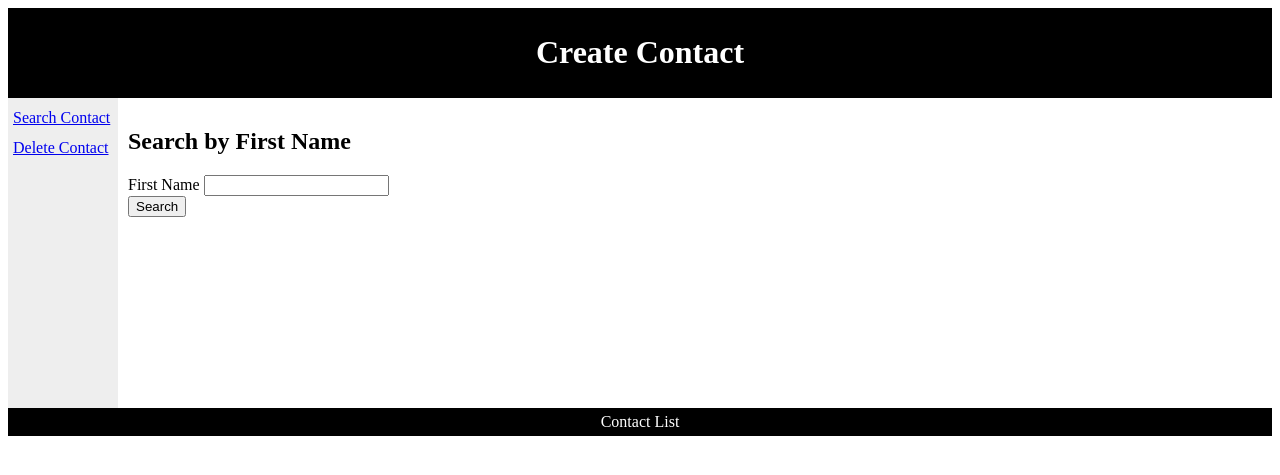
Repository: briantran140/intro-to-software-engineering-tech-exercise
Page: techExercise-tran/src/main/webapp/search_tran.html
The author's editor kept a copy of each file at every save. The page is drawn from the files as they stood at one save, then again after the next save.
The browser window is 1280 px wide. The pictures show the whole page.

Above is the page before, as saved 2023-10-13 04:19:10.

After the next save:
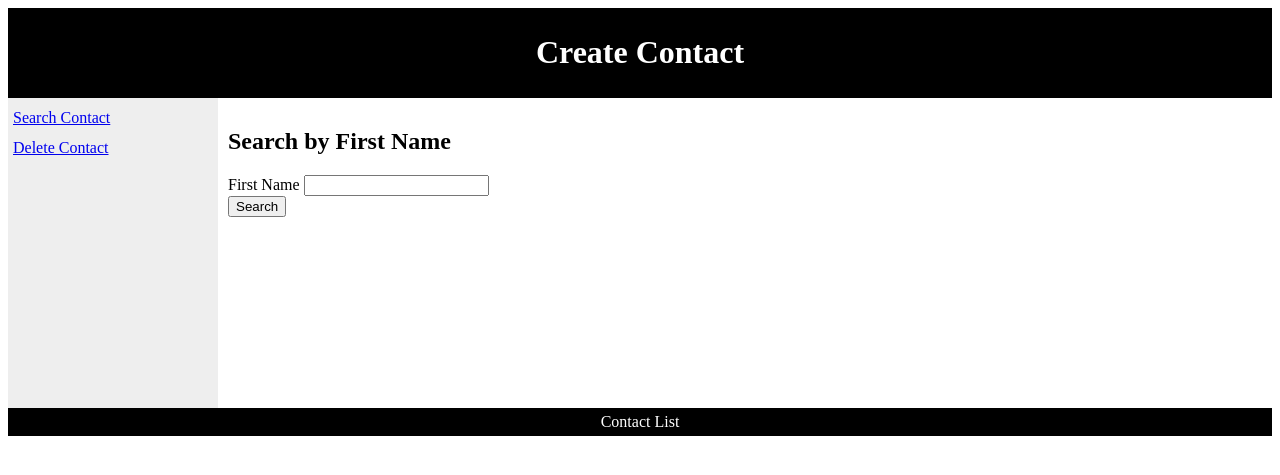
Saved 81 s later.
--- a/techExercise-tran/src/main/webapp/search_tran.html
+++ b/techExercise-tran/src/main/webapp/search_tran.html
@@ -11,7 +11,7 @@ nav {
     line-height:30px;
     background-color:#eeeeee;
     height:300px;
-    width:100px;
+    width:200px;
     float:left;
     padding:5px;
 }
